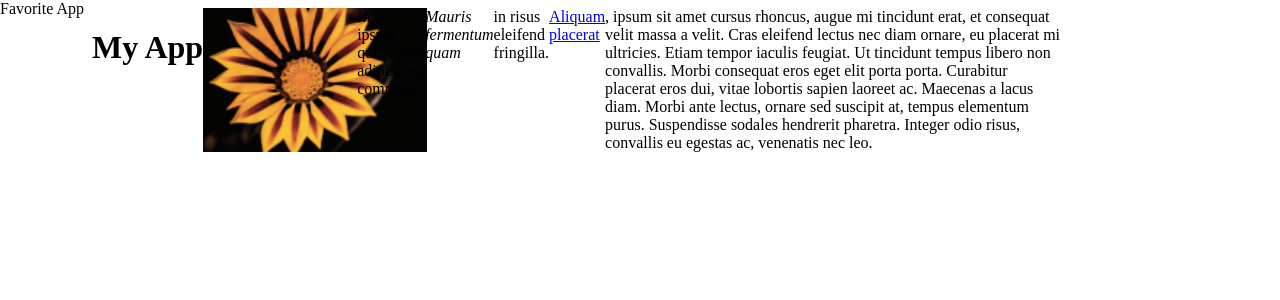
Repository: jmfrank63/FEWDNanoDegree
Page: project1/lesson1/portfolio/toplist/index.html
The author's editor kept a record of every edit. The page is drawn from the files as they stood at one moment, then again after the next edit.
The browser window is 1280 px wide. The pictures show the whole page.

Above is the page before.

### project1/lesson1/portfolio/toplist/index.html
<!DOCTYPE html>
<html>
    <head>
        <title>Favorite App</title>
        <link rel="stylesheet" href="style.css" type="text/css" />
    </head>
    <body>
        <h1 class="title">My App</h1>
        <div class="app">
            <div class="screenshot">
                <img src="app.png" alt="a bokeh image"></img>
            </div>
            <div class="description">In ac ipsum quis turpis adipiscing commodo. <em>Mauris fermentum quam</em> in risus eleifend fringilla. <a href="#">Aliquam placerat</a>, ipsum sit amet cursus rhoncus, augue mi tincidunt erat, et consequat velit massa a velit. Cras eleifend lectus nec diam ornare, eu placerat mi ultricies. Etiam tempor iaculis feugiat. Ut tincidunt tempus libero non convallis. Morbi consequat eros eget elit porta porta. Curabitur placerat eros dui, vitae lobortis sapien laoreet ac. Maecenas a lacus diam. Morbi ante lectus, ornare sed suscipit at, tempus elementum purus. Suspendisse sodales hendrerit pharetra. Integer odio risus, convallis eu egestas ac, venenatis nec leo.</div>
        </div>
    </body>
</html>

### project1/lesson1/portfolio/toplist/style.css
* {
    /*outline: 1px solid red !important;*/
    display: flex;
}

* {
    -webkit-box-sizing: border-box;
    -moz-box-sizing: border-box;
    -ms-box-sizing: border-box;
    box-sizing: border-box;
}

.screenshot {
    max-width: 640px;
}

.description {
    max-width: 705px;
}

After the next edit:
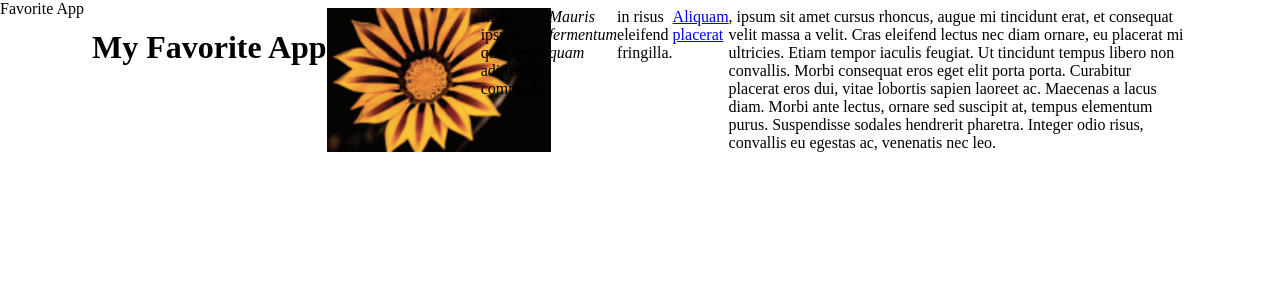
The edit:
--- a/project1/lesson1/portfolio/toplist/index.html
+++ b/project1/lesson1/portfolio/toplist/index.html
@@ -5,7 +5,8 @@
         <link rel="stylesheet" href="style.css" type="text/css" />
     </head>
     <body>
-        <h1 class="title">My App</h1>
+        <div class="content">
+        <h1 class="title">My Favorite App</h1>
         <div class="app">
             <div class="screenshot">
                 <img src="app.png" alt="a bokeh image"></img>
